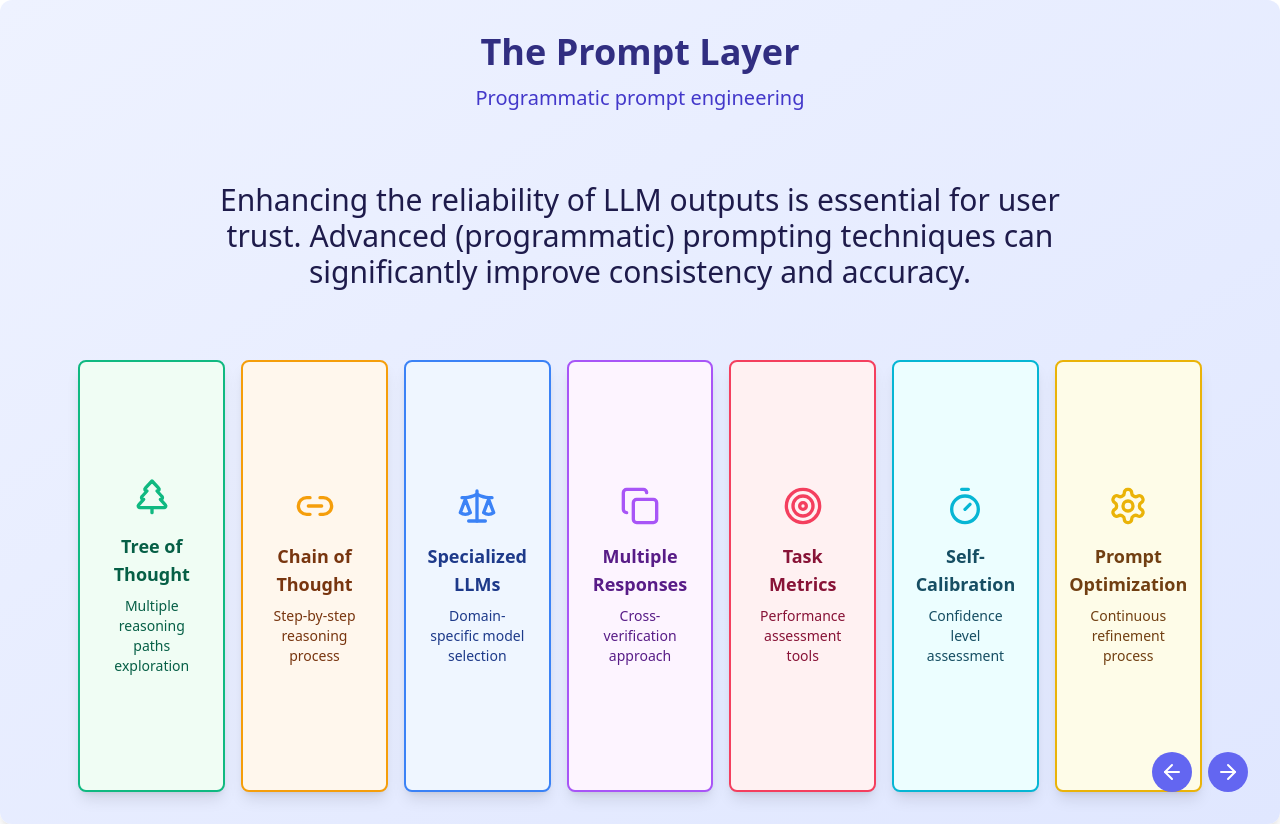
Repository: Galbaz1/dell_presentation
Page: /slide7
These files come from the project's save history. The page is drawn as it stood at one moment and after the next save; the edit follows.
The browser window is 1280 px wide. The pictures show the whole page.
The project was rebuilt for these pictures with package versions that can differ from the ones it lists, and the page was loaded fresh each time. The framework's server and built-in components were replaced by stand-ins that run in the browser. Also part of the build but not shown: styles/animations/slide1.css, styles/animations/slide2.css.

Above is the page before, as saved 2024-11-12 14:40:57.

After the next save:
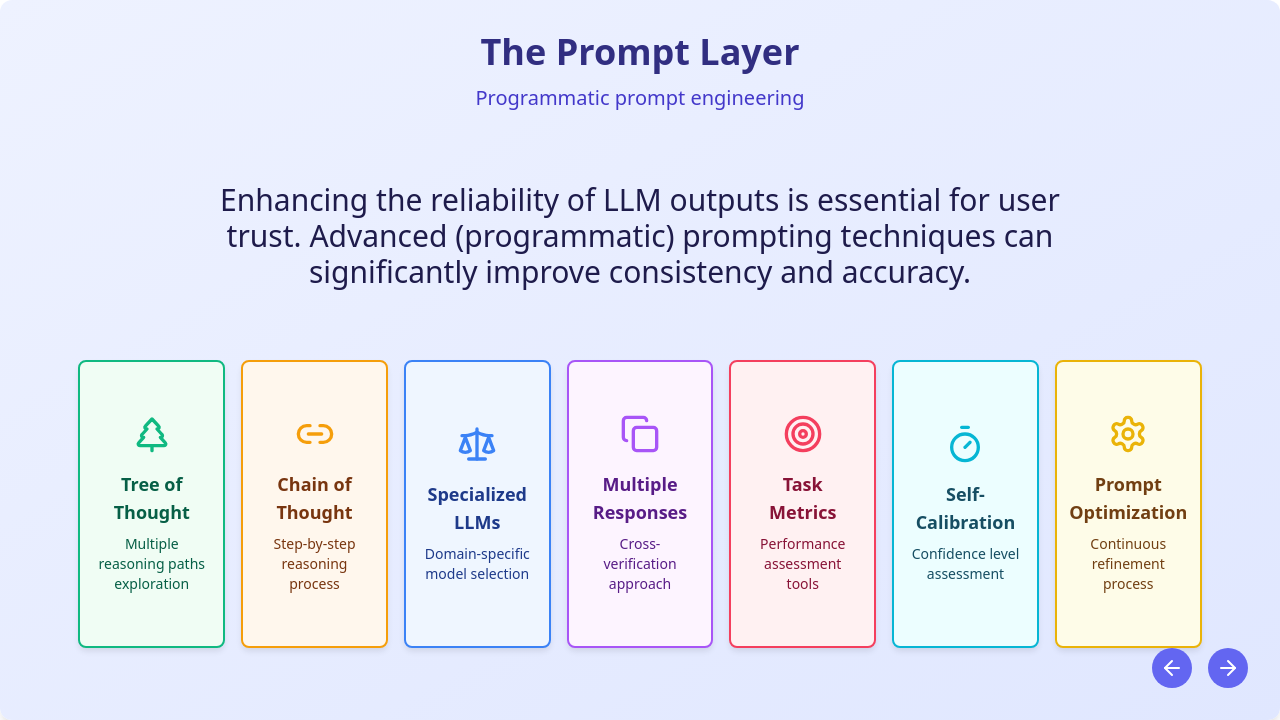
Saved 55 s later.
--- a/pages/slide7.tsx
+++ b/pages/slide7.tsx
@@ -187,12 +187,12 @@ const Slide7: React.FC = () => {
         variants={containerVariants}
         initial="hidden"
         animate="visible"
-        style={{ height: '60vh' }}
+        style={{ height: '40vh' }}
       >
         {blocks.map((block, index) => (
           <motion.div
             key={block.title}
-            className="w-full h-full"
+            className="w-full h-full aspect-square"
             variants={blockVariants}
             custom={index}
             whileHover="hover"
@@ -200,14 +200,18 @@ const Slide7: React.FC = () => {
             onHoverEnd={() => setHoveredBlock(null)}
           >
             <div
-              className="h-full relative p-6 rounded-lg shadow-lg border-2"
+              className="h-full relative p-4"
               style={{
                 backgroundColor: block.color.bg,
                 borderColor: block.color.border,
+                borderWidth: 2,
+                borderStyle: 'solid',
+                borderRadius: '0.5rem',
                 display: 'flex',
                 flexDirection: 'column',
                 justifyContent: 'center',
-                alignItems: 'center'
+                alignItems: 'center',
+                boxShadow: '0 4px 6px -1px rgb(0 0 0 / 0.1)'
               }}
             >
               {/* Glow effect on hover */}
